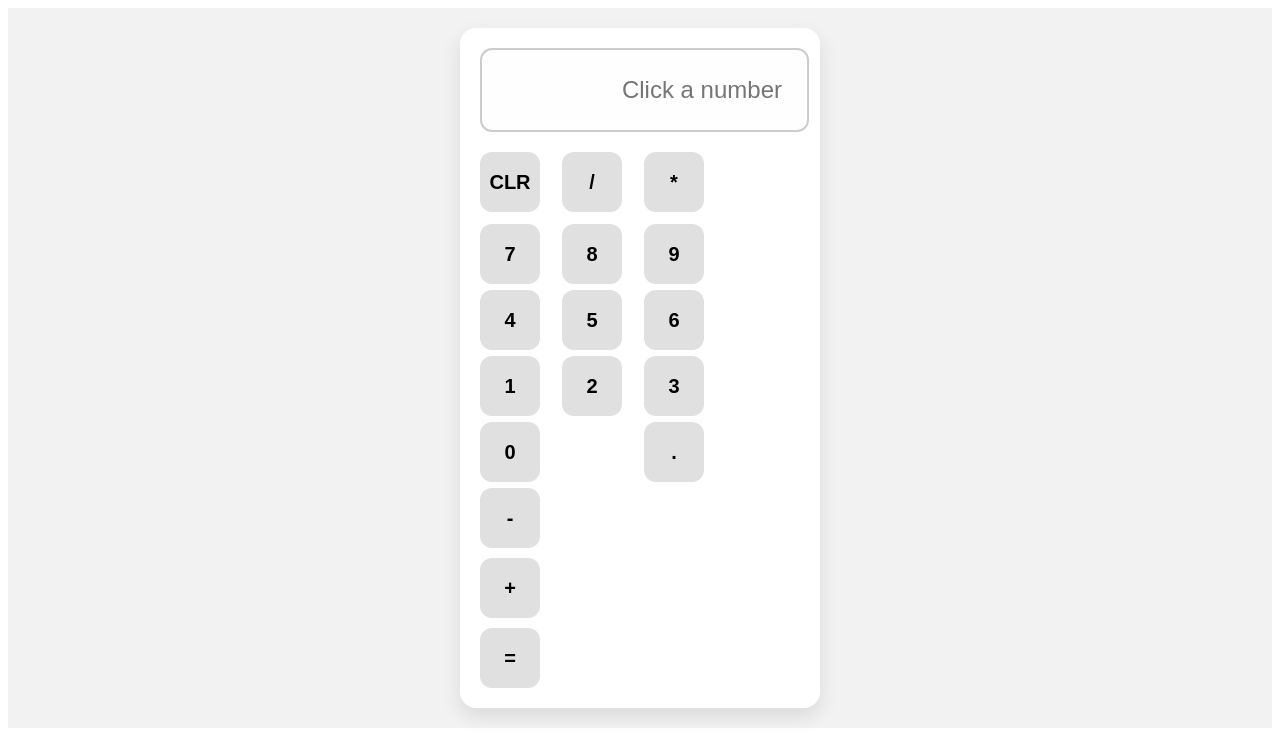
Repository: Marivic-SLRS/ReactJS-Basic-Calculator
Page: /
The author's editor kept a copy of each file at every save. The page is drawn from the files as they stood at one save, then again after the next save.
The browser window is 1280 px wide. The pictures show the whole page.
The project was rebuilt for these pictures with package versions that can differ from the ones it lists, and the page was loaded fresh each time.

Above is the page before, as saved 2025-07-30 17:42:56.

After the next save:
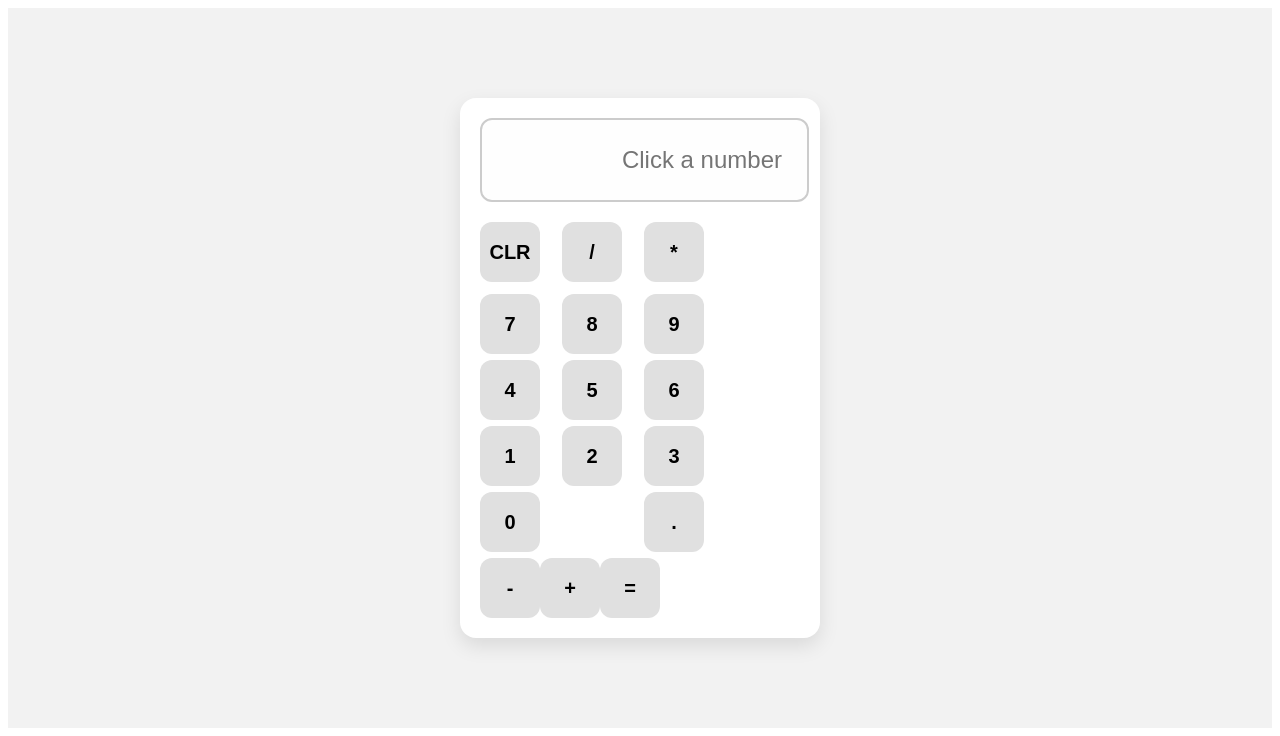
Saved 8 s later.
--- a/src/Components/Calculator.js
+++ b/src/Components/Calculator.js
@@ -47,7 +47,7 @@ function Calculator() {
                         </div>
                     </div>
                 </div>
-                <div className='third-layer'>
+                <div className='right-container'>
                             <button>-</button>
                             <button>+</button>
                             <button>=</button>
